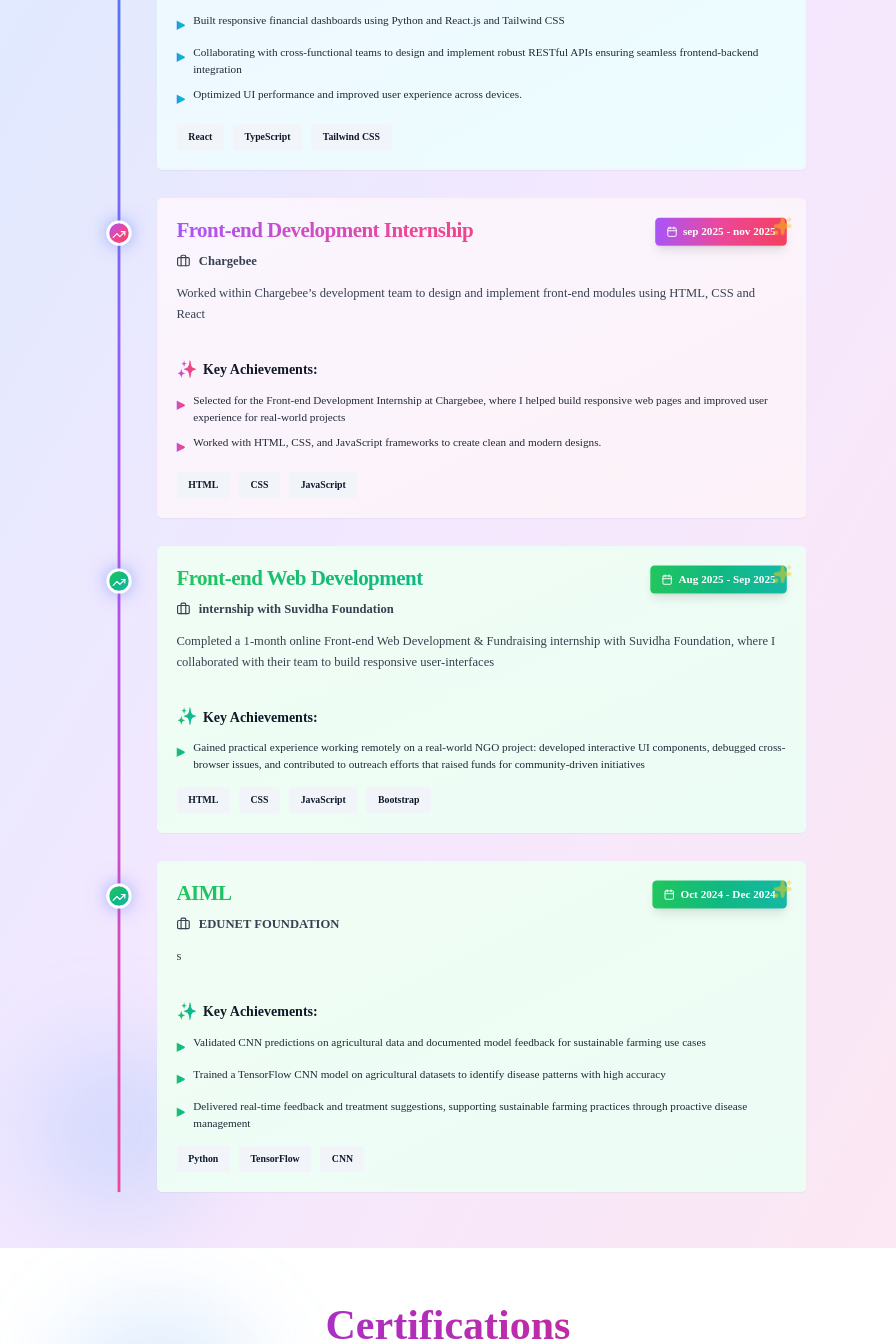
Repository: sm6746/PORTFOLIO
Page: /
The author's editor kept a copy of each file at every save. The page is drawn from the files as they stood at one save, then again after the next save.
The browser window is 1280 px wide. The pictures show the part of the page from y = 4580 to 6500 px (the page is 8707 px tall before and 8736 px after), at 70% of full size.
The project was rebuilt for these pictures with package versions that can differ from the ones it lists, and the page was loaded fresh each time. Also part of the build but not shown: vite.config.ts.

Above is the page before, as saved 2025-11-24 23:12:58.

### index.html
<!DOCTYPE html>
<html lang="en">
  <head>
    <meta charset="UTF-8" />
    <link rel="icon" type="image/svg+xml" href="/favicon.svg" />
    <meta name="viewport" content="width=device-width, initial-scale=1.0" />
    <title>Portfolio</title>
  </head>
  <body>
    <div id="root"></div>
    <script type="module" src="/app/main.tsx"></script>
  </body>
</html>

### app/main.tsx
import React from 'react'
import ReactDOM from 'react-dom/client'
import App from './app'
import './globals.css'

ReactDOM.createRoot(document.getElementById('root')!).render(
  <React.StrictMode>
    <App />
  </React.StrictMode>,
)

### app/app.tsx
import { ThemeProvider } from '@/lib/theme-context';
import { Header } from '@/components/header';
import { HeroSection } from '@/components/hero-section';
import { AboutSection } from '@/components/about-section';
import { SkillsSection } from '@/components/skills-section';
import { ProjectsSection } from '@/components/projects-section';
import { ExperienceSection } from '@/components/experience-section';
import { CertificationsSection } from '@/components/certifications-section';
import { ContactSection } from '@/components/contact-section';
import { Footer } from '@/components/footer';
import { ScrollToTop } from '@/components/scroll-to-top';

function App() {
  return (
    <ThemeProvider>
      <div className="min-h-screen bg-white dark:bg-gray-900 transition-colors duration-300">
        <Header />
        <main>
          <HeroSection />
          <AboutSection />
          <SkillsSection />
          <ProjectsSection />
          <ExperienceSection />
          <CertificationsSection />
          <ContactSection />
        </main>
        <Footer />
        <ScrollToTop />
      </div>
    </ThemeProvider>
  );
}

export default App;

### lib/theme-context.tsx
import React, { createContext, useContext, useEffect, useState } from 'react';

type Theme = 'light' | 'dark';

type ThemeContextType = {
  theme: Theme;
  toggleTheme: () => void;
};

const ThemeContext = createContext<ThemeContextType | undefined>(undefined);

export function ThemeProvider({ children }: { children: React.ReactNode }) {
  const [theme, setTheme] = useState<Theme>(() => {
    const stored = localStorage.getItem('portfolio-theme');
    return (stored as Theme) || 'light';
  });

  useEffect(() => {
    localStorage.setItem('portfolio-theme', theme);
    document.documentElement.classList.toggle('dark', theme === 'dark');
  }, [theme]);

  const toggleTheme = () => {
    setTheme(prev => (prev === 'light' ? 'dark' : 'light'));
  };

  return (
    <ThemeContext.Provider value={{ theme, toggleTheme }}>
      {children}
    </ThemeContext.Provider>
  );
}

export function useTheme() {
  const context = useContext(ThemeContext);
  if (!context) {
    throw new Error('useTheme must be used within ThemeProvider');
  }
  return context;
}

### components/experience-section.tsx
import { Card, CardContent, CardHeader, CardTitle } from '@/components/ui/card';
import { Badge } from '@/components/ui/badge';
import { Briefcase, Calendar, Sparkles, TrendingUp } from 'lucide-react';
import { useScrollAnimation } from '@/hooks/use-scroll-animation';

export function ExperienceSection() {
  const { ref, isVisible } = useScrollAnimation();

  const experiences = [
    {
      title: 'frontend Developer ',
      company: 'Bluestock Fintech',
      period: 'May 2025 – July 2025',
      description: 'Developing responsive web applications using React and TypeScript. Collaborating with design team to implement pixel-perfect UIs.',
      achievements: [
        ' Built responsive financial dashboards using Python and React.js and Tailwind CSS',
        'Collaborating with cross-functional teams to design and implement robust RESTful APIs ensuring seamless frontend-backend integration',
        'Optimized UI performance and improved user experience across devices.',

      ],
      tags: ['React', 'TypeScript', 'Tailwind CSS'],
      gradient: 'from-blue-500 via-cyan-500 to-teal-500',
      bgGradient: 'from-blue-50 to-cyan-50 dark:from-blue-950/50 dark:to-cyan-950/50',
    },
    {
      title: 'Front-end Development Internship ',
      company: ' Chargebee',
      period: 'sep 2025 - nov 2025',
      description: 'Worked within Chargebee’s development team to design and implement front-end modules using HTML, CSS and React',
      achievements: [
        'Selected for the Front-end Development Internship at Chargebee, where I helped build responsive web pages and improved user experience for real-world projects',
         'Worked with HTML, CSS, and JavaScript frameworks to create clean and modern designs.'
      ],
      tags: ['HTML', 'CSS', 'JavaScript'],
      gradient: 'from-purple-500 via-pink-500 to-rose-500',
      bgGradient: 'from-purple-50 to-pink-50 dark:from-purple-950/50 dark:to-pink-950/50',
    },
    {
      title: 'Front-end Web Development',
      company: 'internship with Suvidha Foundation',
      period: 'Aug 2025 - Sep 2025',
      description: 'Completed a 1‐month online Front-end Web Development & Fundraising internship with Suvidha Foundation, where I collaborated with their team to build responsive user-interfaces',
      achievements: [
        'Gained practical experience working remotely on a real-world NGO project: developed interactive UI components, debugged cross-browser issues, and contributed to outreach efforts that raised funds for community-driven initiatives',
      ],
      tags: ['HTML', 'CSS', 'JavaScript', 'Bootstrap'],
      gradient: 'from-green-500 via-emerald-500 to-teal-500',
      bgGradient: 'from-green-50 to-emerald-50 dark:from-green-950/50 dark:to-emerald-950/50',
    },
    {
      title: 'AIML',
      company: 'EDUNET FOUNDATION',
      period: 'Oct 2024 - Dec 2024',
      description: 's',
      achievements: ['Validated CNN predictions on agricultural data and documented model feedback for sustainable farming use cases',
                      'Trained a TensorFlow CNN model on agricultural datasets to identify disease patterns with high accuracy',
                      'Delivered real-time feedback and treatment suggestions, supporting sustainable farming practices through proactive disease management',
      ],
      tags: ['Python', 'TensorFlow', 'CNN'],
      gradient: 'from-green-500 via-emerald-500 to-teal-500',
      bgGradient: 'from-green-50 to-emerald-50 dark:from-green-950/50 dark:to-emerald-950/50',
    },

  ];

  return (
    <section
      id="experience"
      ref={ref as React.RefObject<HTMLElement>}
      className="py-20 bg-gradient-to-br from-blue-100 via-purple-100 to-pink-100 dark:from-gray-800 dark:via-purple-900/10 dark:to-blue-900/10 relative overflow-hidden"
    >
      <div className="absolute top-10 right-10 w-64 h-64 bg-purple-400/20 rounded-full blur-3xl"></div>
      <div className="absolute bottom-10 left-10 w-64 h-64 bg-blue-400/20 rounded-full blur-3xl"></div>

      <div className="container mx-auto px-4 relative z-10">
        <div
          className={`transition-all duration-1000 ${
            isVisible ? 'opacity-100 translate-y-0' : 'opacity-0 translate-y-10'
          }`}
        >
          <h2 className="text-5xl md:text-6xl font-extrabold text-center mb-6 bg-gradient-to-r from-blue-600 via-purple-600 to-pink-600 dark:from-blue-400 dark:via-purple-400 dark:to-pink-400 bg-clip-text text-transparent animate-gradient">
            Experience
          </h2>
          <p className="text-center text-gray-700 dark:text-gray-300 mb-16 text-xl font-medium">
            My professional journey and <span className="text-transparent bg-clip-text bg-gradient-to-r from-purple-600 to-pink-600 font-bold">key achievements</span>
          </p>

          <div className="max-w-5xl mx-auto relative">
            <div className="absolute left-10 top-0 bottom-0 w-1 bg-gradient-to-b from-blue-500 via-purple-500 to-pink-500 hidden md:block shadow-lg"></div>

            <div className="space-y-10">
              {experiences.map((exp, index) => (
                <div
                  key={index}
                  className={`relative transition-all duration-1000 ${
                    isVisible ? 'opacity-100 translate-x-0' : 'opacity-0 -translate-x-10'
                  }`}
                  style={{ transitionDelay: `${index * 250}ms` }}
                >
                  <div className={`hidden md:block absolute left-6 top-8 w-9 h-9 rounded-full bg-gradient-to-br ${exp.gradient} border-4 border-white dark:border-gray-800 shadow-xl animate-pulse-glow z-10`}>
                    <TrendingUp className="h-5 w-5 text-white m-auto mt-1.5" />
                  </div>

                  <Card className={`md:ml-24 hover:shadow-2xl transition-all duration-500 transform hover:-translate-y-3 hover:scale-105 border-4 border-transparent hover:border-current bg-gradient-to-br ${exp.bgGradient} overflow-hidden`}>
                    <div className={`absolute inset-0 bg-gradient-to-br ${exp.gradient} opacity-0 group-hover:opacity-10 transition-opacity duration-500`}></div>
                    <CardHeader className="relative">
                      <div className="flex flex-wrap items-start justify-between gap-4 mb-3">
                        <div className="flex-1">
                          <CardTitle className={`text-3xl font-black mb-3 bg-gradient-to-r ${exp.gradient} bg-clip-text text-transparent`}>
                            {exp.title}
                          </CardTitle>
                          <div className="flex items-center gap-3 text-gray-700 dark:text-gray-300">
                            <Briefcase className="h-5 w-5" />
                            <span className="font-bold text-lg">{exp.company}</span>
                          </div>
                        </div>
                        <Badge variant="outline" className={`flex items-center gap-2 px-4 py-2 border-3 bg-gradient-to-r ${exp.gradient} text-white font-bold text-base shadow-lg`}>
                          <Calendar className="h-4 w-4" />
                          {exp.period}
                        </Badge>
                      </div>
                      <p className="text-gray-700 dark:text-gray-300 text-lg leading-relaxed">{exp.description}</p>
                      <Sparkles className="absolute top-4 right-4 h-7 w-7 text-yellow-400 fill-yellow-400 animate-pulse" />
                    </CardHeader>
                    <CardContent className="p-6 relative">
                      <h4 className="font-black mb-4 text-gray-900 dark:text-gray-100 text-xl flex items-center gap-2">
                        <span className={`text-2xl bg-gradient-to-r ${exp.gradient} bg-clip-text text-transparent`}>✨</span>
                        Key Achievements:
                      </h4>
                      <ul className="space-y-3 mb-5">
                        {exp.achievements.map((achievement, idx) => (
                          <li key={idx} className="flex items-start gap-3 text-gray-800 dark:text-gray-200 text-base">
                            <span className={`text-2xl font-bold bg-gradient-to-r ${exp.gradient} bg-clip-text text-transparent mt-0.5`}>▸</span>
                            <span>{achievement}</span>
                          </li>
                        ))}
                      </ul>
                      <div className="flex flex-wrap gap-3">
                        {exp.tags.map((tag, tagIndex) => (
                          <Badge key={tagIndex} variant="secondary" className="text-sm font-bold px-4 py-2 hover:scale-110 transition-transform">
                            {tag}
                          </Badge>
                        ))}
                      </div>
                    </CardContent>
                  </Card>
                </div>
              ))}
            </div>
          </div>
        </div>
      </div>
    </section>
  );
}

### components/scroll-to-top.tsx
import { Button } from '@/components/ui/button';
import { ArrowUp } from 'lucide-react';
import { useEffect, useState } from 'react';

export function ScrollToTop() {
  const [isVisible, setIsVisible] = useState(false);

  useEffect(() => {
    const toggleVisibility = () => {
      setIsVisible(window.scrollY > 500);
    };

    window.addEventListener('scroll', toggleVisibility);
    return () => window.removeEventListener('scroll', toggleVisibility);
  }, []);

  const scrollToTop = () => {
    window.scrollTo({ top: 0, behavior: 'smooth' });
  };

  if (!isVisible) return null;

  return (
    <Button
      onClick={scrollToTop}
      size="icon"
      className="fixed bottom-8 right-8 z-50 rounded-full shadow-lg bg-gradient-to-r from-blue-600 to-purple-600 hover:from-blue-700 hover:to-purple-700 animate-bounce"
    >
      <ArrowUp className="h-5 w-5" />
    </Button>
  );
}

### components/ui/button.tsx
import * as React from "react"
import { Slot } from "@radix-ui/react-slot"
import { cva, type VariantProps } from "class-variance-authority"

import { cn } from "@/lib/utlis"

const buttonVariants = cva(
  "inline-flex items-center justify-center gap-2 whitespace-nowrap rounded-md text-sm font-medium transition-colors focus-visible:outline-none focus-visible:ring-1 focus-visible:ring-ring disabled:pointer-events-none disabled:opacity-50 [&_svg]:pointer-events-none [&_svg]:size-4 [&_svg]:shrink-0",
  {
    variants: {
      variant: {
        default:
          "bg-primary text-primary-foreground shadow hover:bg-primary/90",
        destructive:
          "bg-destructive text-destructive-foreground shadow-sm hover:bg-destructive/90",
        outline:
          "border border-input bg-background shadow-sm hover:bg-accent hover:text-accent-foreground",
        secondary:
          "bg-secondary text-secondary-foreground shadow-sm hover:bg-secondary/80",
        ghost: "hover:bg-accent hover:text-accent-foreground",
        link: "text-primary underline-offset-4 hover:underline",
      },
      size: {
        default: "h-9 px-4 py-2",
        sm: "h-8 rounded-md px-3 text-xs",
        lg: "h-10 rounded-md px-8",
        icon: "h-9 w-9",
      },
    },
    defaultVariants: {
      variant: "default",
      size: "default",
    },
  }
)

export interface ButtonProps
  extends React.ButtonHTMLAttributes<HTMLButtonElement>,
    VariantProps<typeof buttonVariants> {
  asChild?: boolean
}

const Button = React.forwardRef<HTMLButtonElement, ButtonProps>(
  ({ className, variant, size, asChild = false, ...props }, ref) => {
    const Comp = asChild ? Slot : "button"
    return (
      <Comp
        className={cn(buttonVariants({ variant, size, className }))}
        ref={ref}
        {...props}
      />
    )
  }
)
Button.displayName = "Button"

export { Button, buttonVariants }

### hooks/use-scroll-animation.ts
import { useEffect, useRef, useState } from 'react';

export function useScrollAnimation() {
  const ref = useRef<HTMLElement>(null);
  const [isVisible, setIsVisible] = useState(false);

  useEffect(() => {
    const observer = new IntersectionObserver(
      ([entry]) => {
        if (entry.isIntersecting) {
          setIsVisible(true);
        }
      },
      { threshold: 0.1 }
    );

    if (ref.current) {
      observer.observe(ref.current);
    }

    return () => {
      if (ref.current) {
        observer.unobserve(ref.current);
      }
    };
  }, []);

  return { ref, isVisible };
}

### components/ui/card.tsx
import * as React from "react"

import { cn } from "@/lib/utlis"

const Card = React.forwardRef<
  HTMLDivElement,
  React.HTMLAttributes<HTMLDivElement>
>(({ className, ...props }, ref) => (
  <div
    ref={ref}
    className={cn(
      "rounded-lg border bg-card text-card-foreground shadow-sm",
      className,
    )}
    {...props}
  />
))
Card.displayName = "Card"

const CardHeader = React.forwardRef<
  HTMLDivElement,
  React.HTMLAttributes<HTMLDivElement>
>(({ className, ...props }, ref) => (
  <div
    ref={ref}
    className={cn("flex flex-col space-y-1.5 p-6", className)}
    {...props}
  />
))
CardHeader.displayName = "CardHeader"

const CardTitle = React.forwardRef<
  HTMLParagraphElement,
  React.HTMLAttributes<HTMLHeadingElement>
>(({ className, ...props }, ref) => (
  <h3
    ref={ref}
    className={cn(
      "text-2xl font-semibold leading-none tracking-tight",
      className,
    )}
    {...props}
  />
))
CardTitle.displayName = "CardTitle"

const CardDescription = React.forwardRef<
  HTMLParagraphElement,
  React.HTMLAttributes<HTMLParagraphElement>
>(({ className, ...props }, ref) => (
  <p
    ref={ref}
    className={cn("text-sm text-muted-foreground", className)}
    {...props}
  />
))
CardDescription.displayName = "CardDescription"

const CardContent = React.forwardRef<
  HTMLDivElement,
  React.HTMLAttributes<HTMLDivElement>
>(({ className, ...props }, ref) => (
  <div ref={ref} className={cn("p-6 pt-0", className)} {...props} />
))
CardContent.displayName = "CardContent"

const CardFooter = React.forwardRef<
  HTMLDivElement,
  React.HTMLAttributes<HTMLDivElement>
>(({ className, ...props }, ref) => (
  <div
    ref={ref}
    className={cn("flex items-center p-6 pt-0", className)}
    {...props}
  />
))
CardFooter.displayName = "CardFooter"

export { Card, CardHeader, CardFooter, CardTitle, CardDescription, CardContent }

### components/ui/badge.tsx
import * as React from "react"
import { cva, type VariantProps } from "class-variance-authority"

import { cn } from "@/lib/utlis"

const badgeVariants = cva(
  "inline-flex items-center rounded-md border px-2.5 py-0.5 text-xs font-semibold transition-colors focus:outline-none focus:ring-2 focus:ring-ring focus:ring-offset-2",
  {
    variants: {
      variant: {
        default:
          "border-transparent bg-primary text-primary-foreground shadow hover:bg-primary/80",
        secondary:
          "border-transparent bg-secondary text-secondary-foreground hover:bg-secondary/80",
        destructive:
          "border-transparent bg-destructive text-destructive-foreground shadow hover:bg-destructive/80",
        outline: "text-foreground",
      },
    },
    defaultVariants: {
      variant: "default",
    },
  }
)

export interface BadgeProps
  extends React.HTMLAttributes<HTMLDivElement>,
    VariantProps<typeof badgeVariants> {}

function Badge({ className, variant, ...props }: BadgeProps) {
  return (
    <div className={cn(badgeVariants({ variant }), className)} {...props} />
  )
}

export { Badge, badgeVariants }

### components/ui/input.tsx
import * as React from "react"

import { cn } from "@/lib/utlis"

const Input = React.forwardRef<HTMLInputElement, React.ComponentProps<"input">>(
  ({ className, type, ...props }, ref) => {
    return (
      <input
        type={type}
        className={cn(
          "flex h-9 w-full rounded-md border border-input bg-transparent px-3 py-1 text-base shadow-sm transition-colors file:border-0 file:bg-transparent file:text-sm file:font-medium file:text-foreground placeholder:text-muted-foreground focus-visible:outline-none focus-visible:ring-1 focus-visible:ring-ring disabled:cursor-not-allowed disabled:opacity-50 md:text-sm",
          className
        )}
        ref={ref}
        {...props}
      />
    )
  }
)
Input.displayName = "Input"

export { Input }

### components/ui/textarea.tsx
import * as React from "react"

import { cn } from "@/lib/utlis"

const Textarea = React.forwardRef<
  HTMLTextAreaElement,
  React.ComponentProps<"textarea">
>(({ className, ...props }, ref) => {
  return (
    <textarea
      className={cn(
        "flex min-h-[60px] w-full rounded-md border border-input bg-transparent px-3 py-2 text-base shadow-sm placeholder:text-muted-foreground focus-visible:outline-none focus-visible:ring-1 focus-visible:ring-ring disabled:cursor-not-allowed disabled:opacity-50 md:text-sm",
        className
      )}
      ref={ref}
      {...props}
    />
  )
})
Textarea.displayName = "Textarea"

export { Textarea }

Loaded but not shown: lib/utlis.tsx (common file); tailwind.config.js (62 lines, source omitted); components/projects-section.tsx (185 lines, source omitted); components/contact-section.tsx (144 lines, source omitted); components/certifications-section.tsx (141 lines, source omitted); components/hero-section.tsx (124 lines, source omitted); components/about-section.tsx (79 lines, source omitted); components/skills-section.tsx (112 lines, source omitted); components/header.tsx (82 lines, source omitted); app/globals.css (115 lines, source omitted); components/footer.tsx (66 lines, source omitted)

After the next save:
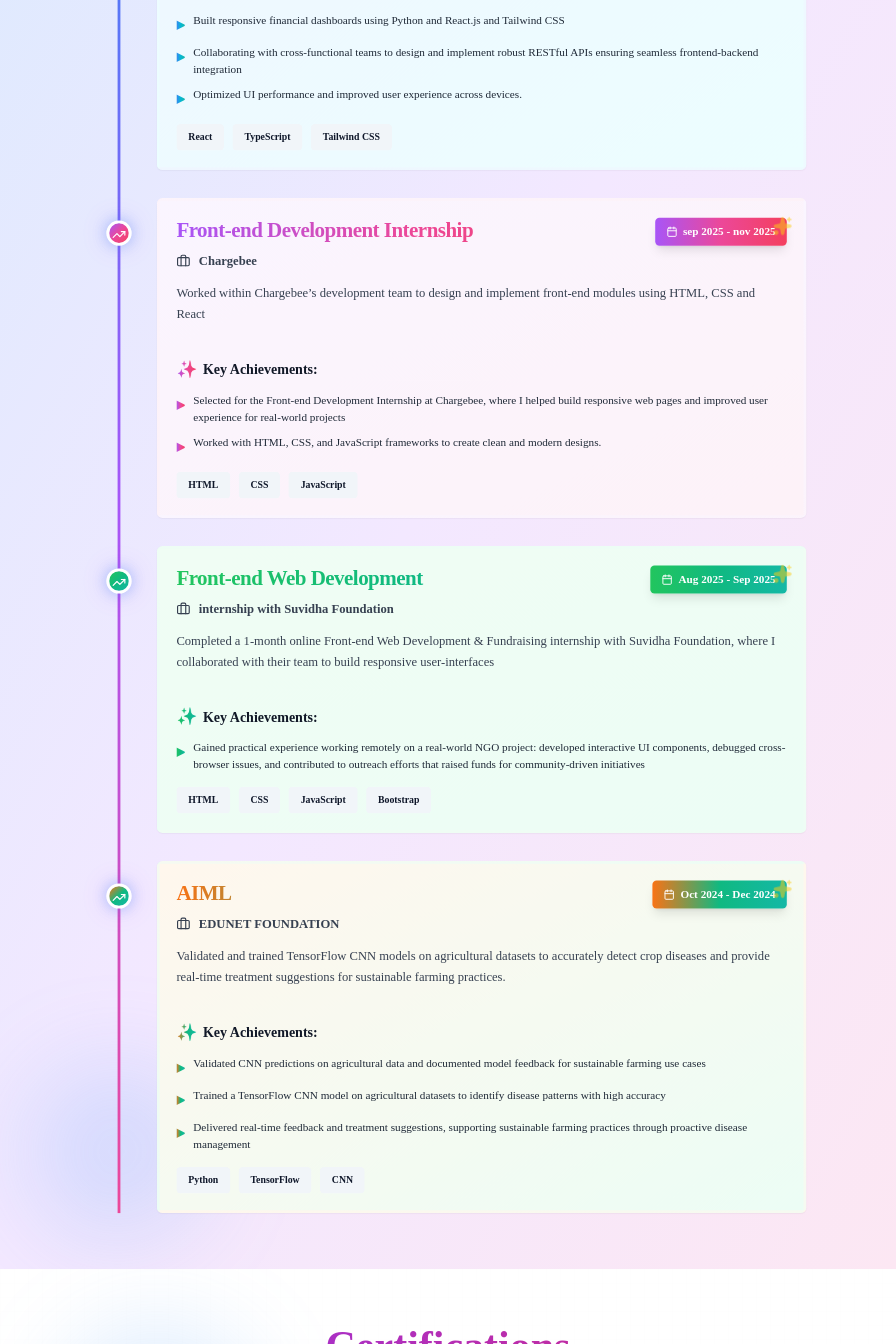
Saved 4 min 33 s later.
--- a/components/experience-section.tsx
+++ b/components/experience-section.tsx
@@ -51,14 +51,14 @@ export function ExperienceSection() {
       title: 'AIML',
       company: 'EDUNET FOUNDATION',
       period: 'Oct 2024 - Dec 2024',
-      description: 's',
+      description: 'Validated and trained TensorFlow CNN models on agricultural datasets to accurately detect crop diseases and provide real-time treatment suggestions for sustainable farming practices.',
       achievements: ['Validated CNN predictions on agricultural data and documented model feedback for sustainable farming use cases',
                       'Trained a TensorFlow CNN model on agricultural datasets to identify disease patterns with high accuracy',
                       'Delivered real-time feedback and treatment suggestions, supporting sustainable farming practices through proactive disease management',
       ],
       tags: ['Python', 'TensorFlow', 'CNN'],
-      gradient: 'from-green-500 via-emerald-500 to-teal-500',
-      bgGradient: 'from-green-50 to-emerald-50 dark:from-green-950/50 dark:to-emerald-950/50',
+      gradient: 'from-orange-500 via-emerald-500 to-teal-500',
+      bgGradient: 'from-orange-50 to-emerald-50 dark:from-orange-950/50 dark:to-emerald-950/50',
     },
 
   ];
